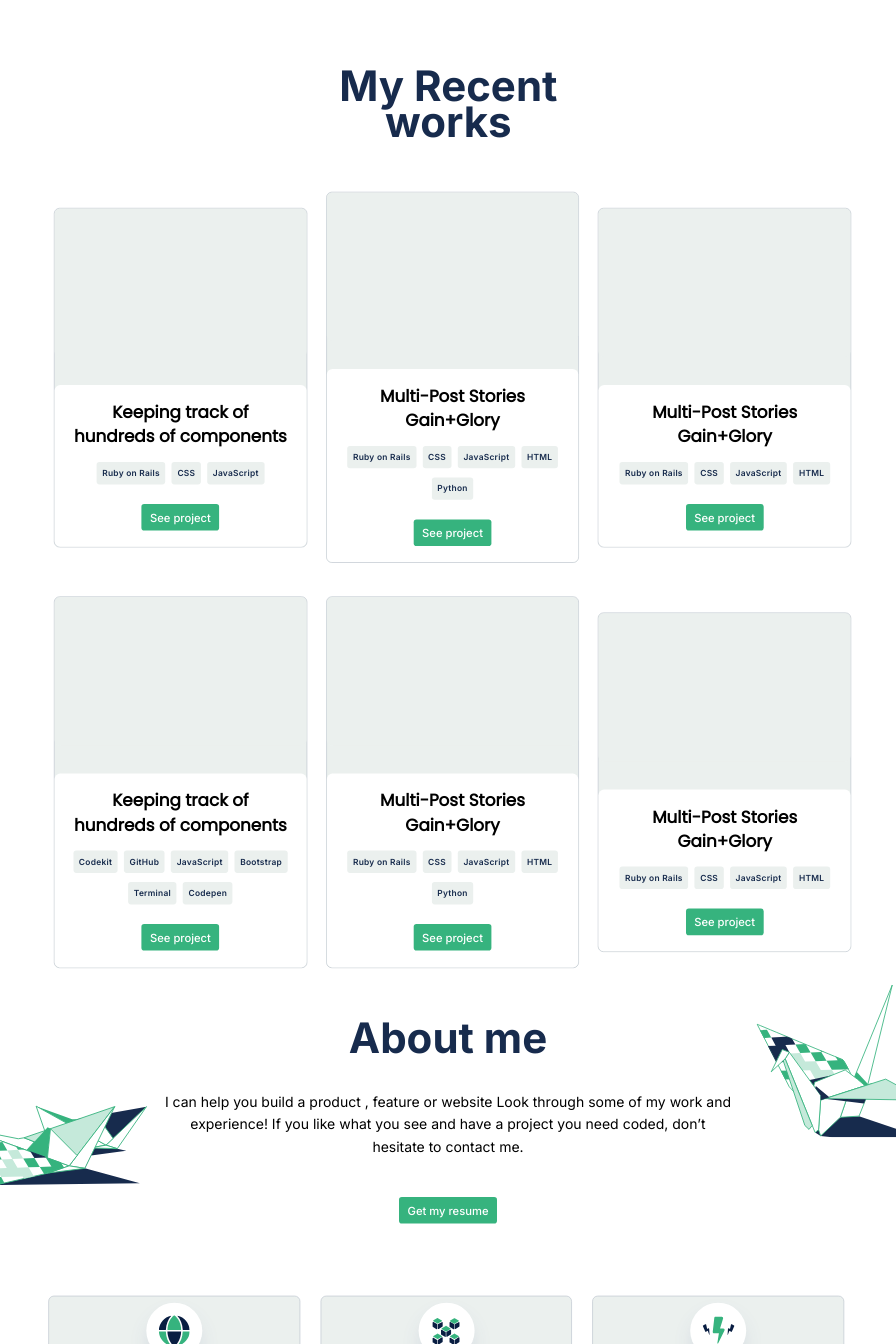
Repository: Salimer/old-Portfolio
Page: index.html
An editor plug-in stored every save of this project. The page is shown before and after the next save, followed by the edit.
The browser window is 1280 px wide. The pictures show the part of the page from y = 950 to 2870 px (the page is 3881 px tall before and 2724 px after), at 70% of full size.

Above is the page before, as saved 2023-04-12 02:41:53.

After the next save:
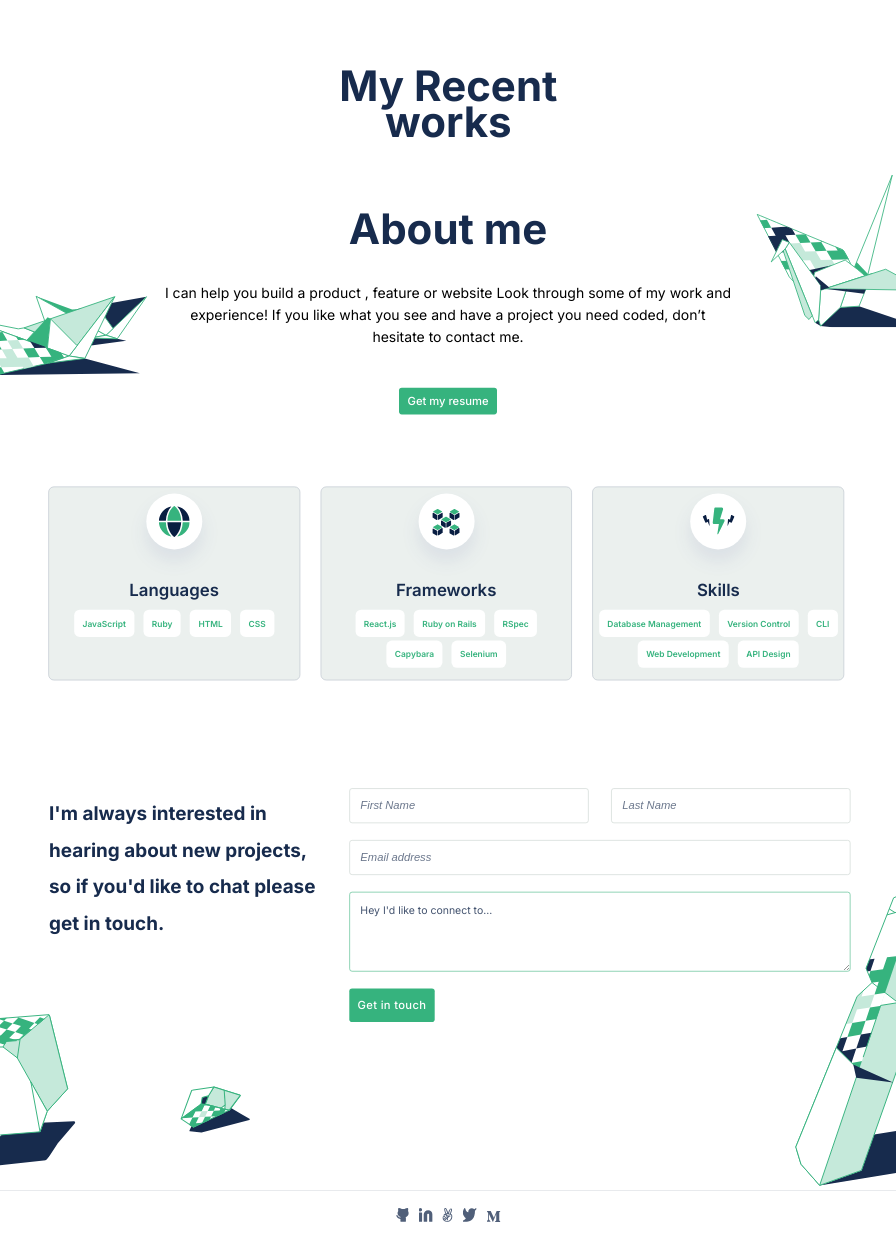
Console error: SyntaxError: Unexpected identifier 'popup'
Saved 17 s later.
--- a/worksSectionRefactor.js
+++ b/worksSectionRefactor.js
@@ -99,3 +99,5 @@ projects.forEach((project) => {
   works.appendChild(container);
   count += 1;
 });
+
+'see project' popup

After the 2 saves that followed:
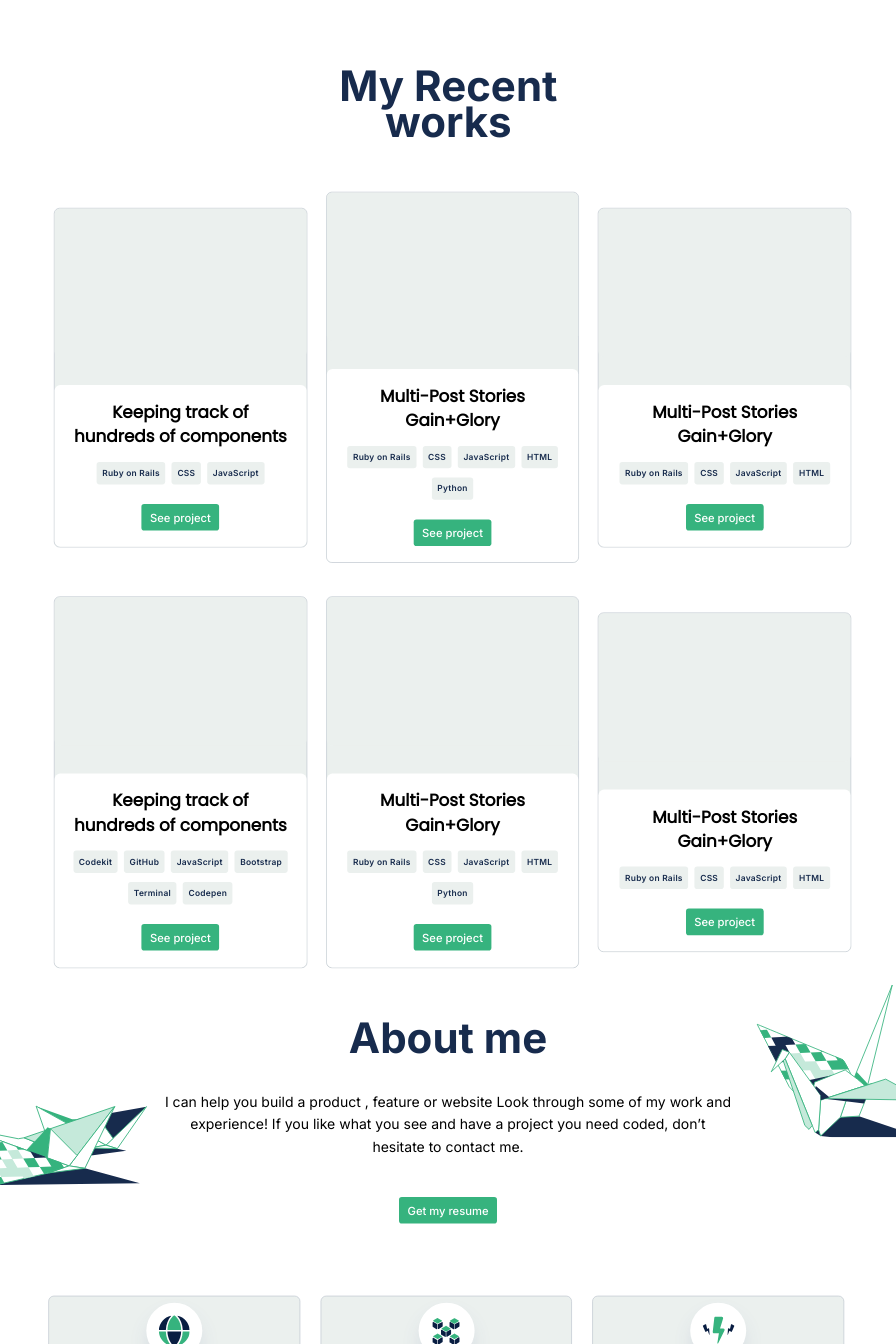
The error is gone.
The 2 saves are shown as one change because they came seconds apart.
The last was saved 6 s later.
--- a/worksSectionRefactor.js
+++ b/worksSectionRefactor.js
@@ -100,4 +100,4 @@ projects.forEach((project) => {
   count += 1;
 });
 
-'see project' popup
+// 'see project' popup
